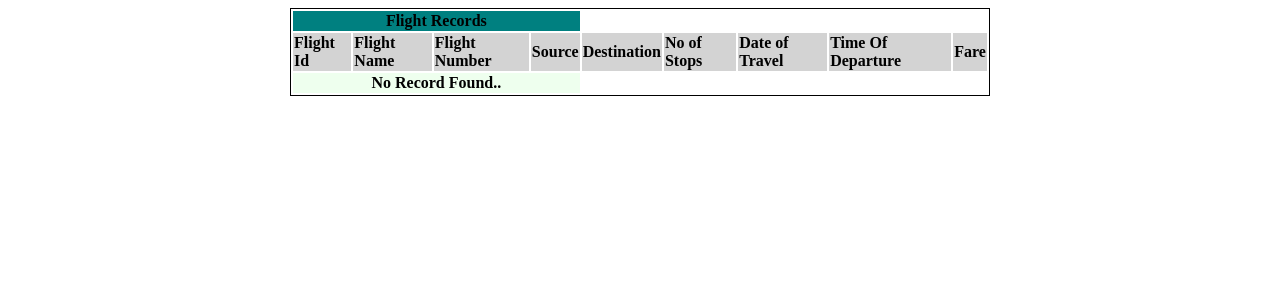
Repository: pawankas/Java_Mini_Project
Page: http://localhost/AirReservation/Search
These files come from the project's save history. The page is drawn as it stood at one moment and after the next save; the edit follows.
The browser window is 1280 px wide. The pictures show the whole page.
The page is served by Tomcat 9. Other server files are loaded and not shown. Queries for data that is not in the repository find no rows.

Above is the page before, as saved 2022-03-17 17:26:06.

### Mini_Project_Java/AirReservation/WebContent/SearchView.jsp
<%@ page import="java.util.*" %>
 <%@page contentType="text/html" pageEncoding="UTF-8"%>
<!DOCTYPE HTML>
<html>
    <head>
    </head>
    <body>
        <table width="700px" align="center"
               style="border:1px solid #000000;">
            <tr>
                <td colspan=4 align="center"
                    style="background-color:teal">
                    <b>Flight Records</b></td>
            </tr>
            <tr style="background-color:lightgrey;">
                <td><b>Flight Id</b></td>
                <td><b>Flight Name</b></td>
                <td><b>Flight Number</b></td>
                <td><b>Source</b></td>
                <td><b>Destination</b></td>
                <td><b>No of Stops</b></td>
                <td><b>Date of Travel</b></td>
                <td><b>Time Of Departure</b></td>
                <td><b>Fare</b></td>
            </tr>
            <%
                int count = 0;
                String color = "#F9EBB3";
                if (request.getAttribute("flightList") != null) {
                    ArrayList al = (ArrayList) request.getAttribute("flightList");
                    System.out.println(al);
                    Iterator itr = al.iterator();
                    while (itr.hasNext()) {

                        if ((count % 2) == 0) {
                            color = "#eeffee";
                        }
                        count++;
                        ArrayList flightList = (ArrayList) itr.next();
            %>
            <tr style="background-color:<%=color%>;">
                <td><%=flightList.get(0)%></td>
                <td><%=flightList.get(1)%></td>
                <td><%=flightList.get(2)%></td>
                <td><%=flightList.get(3)%></td>
                <td><%=flightList.get(4)%></td>
                <td><%=flightList.get(5)%></td>
                <td><%=flightList.get(6)%></td>
                <td><%=flightList.get(7)%></td>
                <td><%=flightList.get(8)%></td>

            </tr>
            <%
                    }
                }
                if (count == 0) {
            %>
            <tr>
                <td colspan=4 align="center"
                    style="background-color:#eeffee"><b>No Record Found..</b></td>
            </tr>
            <%            }
            %>
        </table>
    </body>
</html>

### Mini_Project_Java/AirReservation/src/com/cybage/controller/FlightControllerServlet.java
package com.cybage.controller;

import java.io.IOException;
import java.io.PrintWriter;
import java.sql.Connection;
import java.sql.DriverManager;
import java.sql.ResultSet;
import java.sql.SQLException;
import java.sql.Statement;
import java.text.SimpleDateFormat;
import java.util.ArrayList;
import java.util.Date;
import java.util.List;

import javax.servlet.RequestDispatcher;
import javax.servlet.ServletException;
import javax.servlet.annotation.WebServlet;
import javax.servlet.http.HttpServlet;
import javax.servlet.http.HttpServletRequest;
import javax.servlet.http.HttpServletResponse;

import com.cybage.dao.FlightDao;
import com.cybage.model.Flight;

@WebServlet("/")
public class FlightControllerServlet extends HttpServlet {
	private static final long serialVersionUID = 1L;
	private FlightDao flightDao;

	public void init() {
		flightDao = new FlightDao();
	}

	protected void doPost(HttpServletRequest request, HttpServletResponse response)
			throws ServletException, IOException {
		doGet(request, response);
	}

	protected void doGet(HttpServletRequest request, HttpServletResponse response)
			throws ServletException, IOException {
		String action = request.getServletPath();

		try {
			switch (action) {
			case "/new":
				showNewForm(request, response);
				break;
			case "/insert":
				insertFlight(request, response);
				break;
			case "/delete":
				deleteFlight(request, response);
				break;
			case "/edit":
				showEditForm(request, response);
				break;
			case "/update":
				updateFlight(request, response);
				break;
			case "/uflist":
				userFlightList(request, response);
				break;
			case "/Search":
				searchFlightById(request, response);
				break;
			default:
				FlightList(request, response);
				break;
			}
		} catch (SQLException ex) {
			throw new ServletException(ex);
		}
	}

	private void FlightList(HttpServletRequest request, HttpServletResponse response)
			throws SQLException, IOException, ServletException {
		List<Flight> FlightList = flightDao.selectAllFlights();
		request.setAttribute("FlightList", FlightList);
		RequestDispatcher dispatcher = request.getRequestDispatcher("FlightList.jsp");
		dispatcher.forward(request, response);
	}

	private void userFlightList(HttpServletRequest request, HttpServletResponse response)
			throws SQLException, IOException, ServletException {
		List<Flight> FlightList = flightDao.selectAllFlights();
		request.setAttribute("FlightList", FlightList);
		RequestDispatcher dispatcher = request.getRequestDispatcher("userHome.jsp");
		dispatcher.forward(request, response);
	}

	private void showNewForm(HttpServletRequest request, HttpServletResponse response)
			throws ServletException, IOException {
		RequestDispatcher dispatcher = request.getRequestDispatcher("FlightForm.jsp");
		dispatcher.forward(request, response);
	}

	private void showEditForm(HttpServletRequest request, HttpServletResponse response)
			throws SQLException, ServletException, IOException {
		int flightId = Integer.parseInt(request.getParameter("flightId"));
		Flight existingFlight = flightDao.selectFlight(flightId);
		RequestDispatcher dispatcher = request.getRequestDispatcher("UpdateForm.jsp");
		request.setAttribute("flight", existingFlight);
		dispatcher.forward(request, response);

	}

	private void insertFlight(HttpServletRequest request, HttpServletResponse response)
			throws SQLException, IOException {
		String flightName = request.getParameter("flightName");
		String flightNumber = request.getParameter("flightNumber");
		String source = request.getParameter("source");
		String destination = request.getParameter("destination");
		String noOfStops = request.getParameter("noOfStops");
		String date = request.getParameter("date");
		String time = request.getParameter("time");
		double price = Double.parseDouble(request.getParameter("price"));
		Flight newFlight = new Flight(flightName, flightNumber, source, destination, noOfStops, date, time, price);
		flightDao.insertFlight(newFlight);
		response.sendRedirect("list");
	}

	private void updateFlight(HttpServletRequest request, HttpServletResponse response)
			throws IOException, SQLException {
		int flightId = Integer.parseInt(request.getParameter("flightId"));
		String flightName = request.getParameter("flightName");
		String flightNumber = request.getParameter("flightNumber");
		String source = request.getParameter("source");
		String destination = request.getParameter("destination");
		String noOfStops = request.getParameter("noOfStops");
		String date = request.getParameter("date");
		String time = request.getParameter("time");
		double price = Double.parseDouble(request.getParameter("price"));

		Flight flight = new Flight(flightId, flightName, flightNumber, source, destination, noOfStops, date, time,
				price);
		flightDao.updateFlight(flight);

		response.sendRedirect("list");
	}

	public void searchFlightById(HttpServletRequest request, HttpServletResponse response) throws IOException {
		response.setContentType("text/html");
		PrintWriter out = response.getWriter();
		Connection conn = null;
		String url = "jdbc:mysql://localhost:3306/";
		String dbName = "airlinereservationsystem";
		String driver = "com.mysql.jdbc.Driver";
		String userName = "root";
		String password = "P9637333109k@";
		Statement st = null;
		try {
			Class.forName(driver).newInstance();
			conn = DriverManager.getConnection(url + dbName, userName, password);
			System.out.println("connected!.....");
			String flightId = request.getParameter("flightId");
			System.out.println(flightId);
			ArrayList al = null;
			// Flight flight = null;
			ArrayList flightList = new ArrayList<>();
			String query = "select * from flight";
			if (flightId != null && !flightId.equals("")) {
				query = "select * from flight where flightId='" + flightId + "' ";
			}
			System.out.println("query " + query);
			st = conn.createStatement();
			ResultSet rs = st.executeQuery(query);

			while (rs.next()) {
				al = new ArrayList();
				/*
				 * Flight flight = new Flight();
				 * flight.setFlightId((Integer.parseInt(rs.getString(1))));
				 * flight.setFlightName(rs.getString(2));
				 */
				al.add(rs.getString(1));
				al.add(rs.getString(2));
				al.add(rs.getString(3));
				al.add(rs.getString(4));
				al.add(rs.getString(5));
				al.add(rs.getString(6));
				al.add(rs.getString(7));
				al.add(rs.getString(8));
				al.add(rs.getString(9));
				System.out.println("al :: " + al);
				flightList.add(al);
			}

			request.setAttribute("flightList", flightList);
			RequestDispatcher view = request.getRequestDispatcher("SearchView.jsp");
			view.forward(request, response);
			conn.close();
			System.out.println("Disconnected!");
		} catch (Exception e) {
			e.printStackTrace();
		}

	}

	private void deleteFlight(HttpServletRequest request, HttpServletResponse response)
			throws SQLException, IOException {
		System.out.println(request.getParameter("flightId"));
		try {
			int flightId = Integer.parseInt(request.getParameter("flightId"));
			flightDao.deleteFlight(flightId);

		} catch (NumberFormatException e) {
			// TODO Auto-generated catch block
			e.printStackTrace();
		}
		response.sendRedirect("list");
	}

}

After the next save:
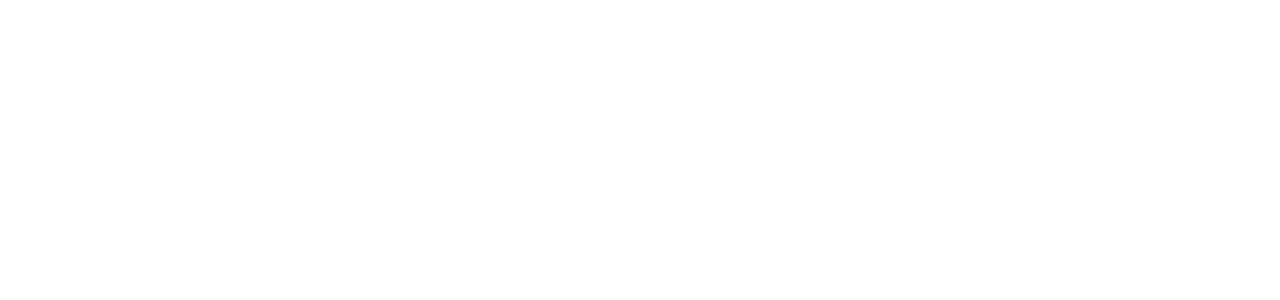
Saved 2 min 11 s later.
--- a/Mini_Project_Java/AirReservation/WebContent/SearchView.jsp
+++ b/Mini_Project_Java/AirReservation/WebContent/SearchView.jsp
@@ -25,7 +25,6 @@
             </tr>
             <%
                 int count = 0;
-                String color = "#F9EBB3";
                 if (request.getAttribute("flightList") != null) {
                     ArrayList al = (ArrayList) request.getAttribute("flightList");
                     System.out.println(al);

After the save that followed:
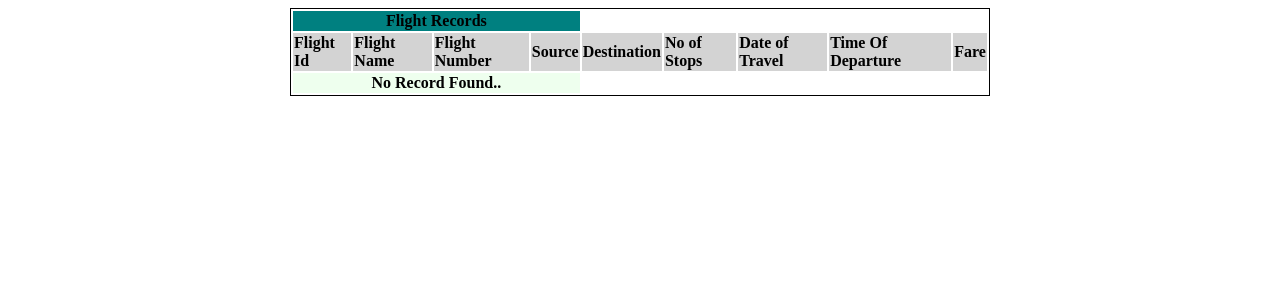
Saved 31 s later.
--- a/Mini_Project_Java/AirReservation/WebContent/SearchView.jsp
+++ b/Mini_Project_Java/AirReservation/WebContent/SearchView.jsp
@@ -25,6 +25,7 @@
             </tr>
             <%
                 int count = 0;
+                String color = "#F9EBB3";
                 if (request.getAttribute("flightList") != null) {
                     ArrayList al = (ArrayList) request.getAttribute("flightList");
                     System.out.println(al);
